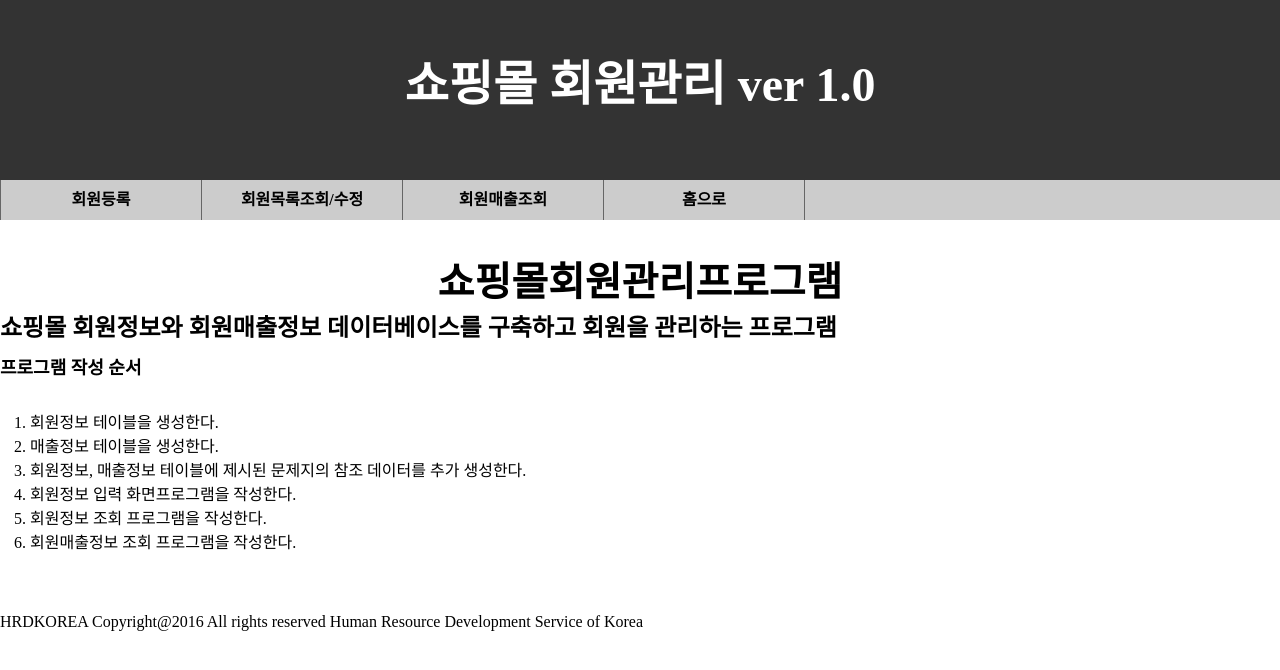
Repository: jsky1234/NCS
Page: http://localhost/HRD_1/admin.jsp
These files come from the project's save history. The page is drawn as it stood at one moment and after the next save; the edit follows.
The browser window is 1280 px wide. The pictures show the whole page.
The page is served by Tomcat 9.

Above is the page before, as saved 2020-11-09 02:36:05.

After the next save:
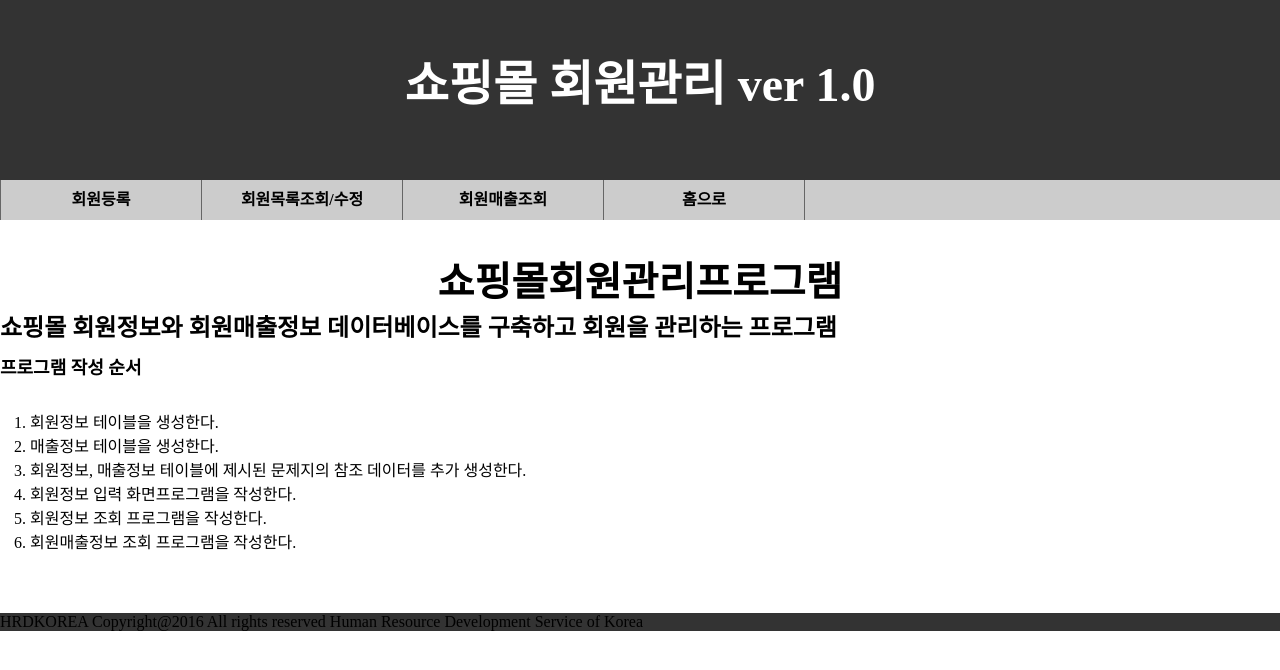
Saved 20 s later.
--- a/ncs1/HRD_1/WebContent/admin.jsp
+++ b/ncs1/HRD_1/WebContent/admin.jsp
@@ -26,7 +26,7 @@ ol { padding: 30px; }
 .item_tit1 { font-size: 24px; }
 .item_tit2 { font-size: 18px; margin-top: 10px;}
 
-.ft_wrap { width: 100%; }
+.ft_wrap { width: 100%; background-color: #333;}
 
 </style>
 </head>
